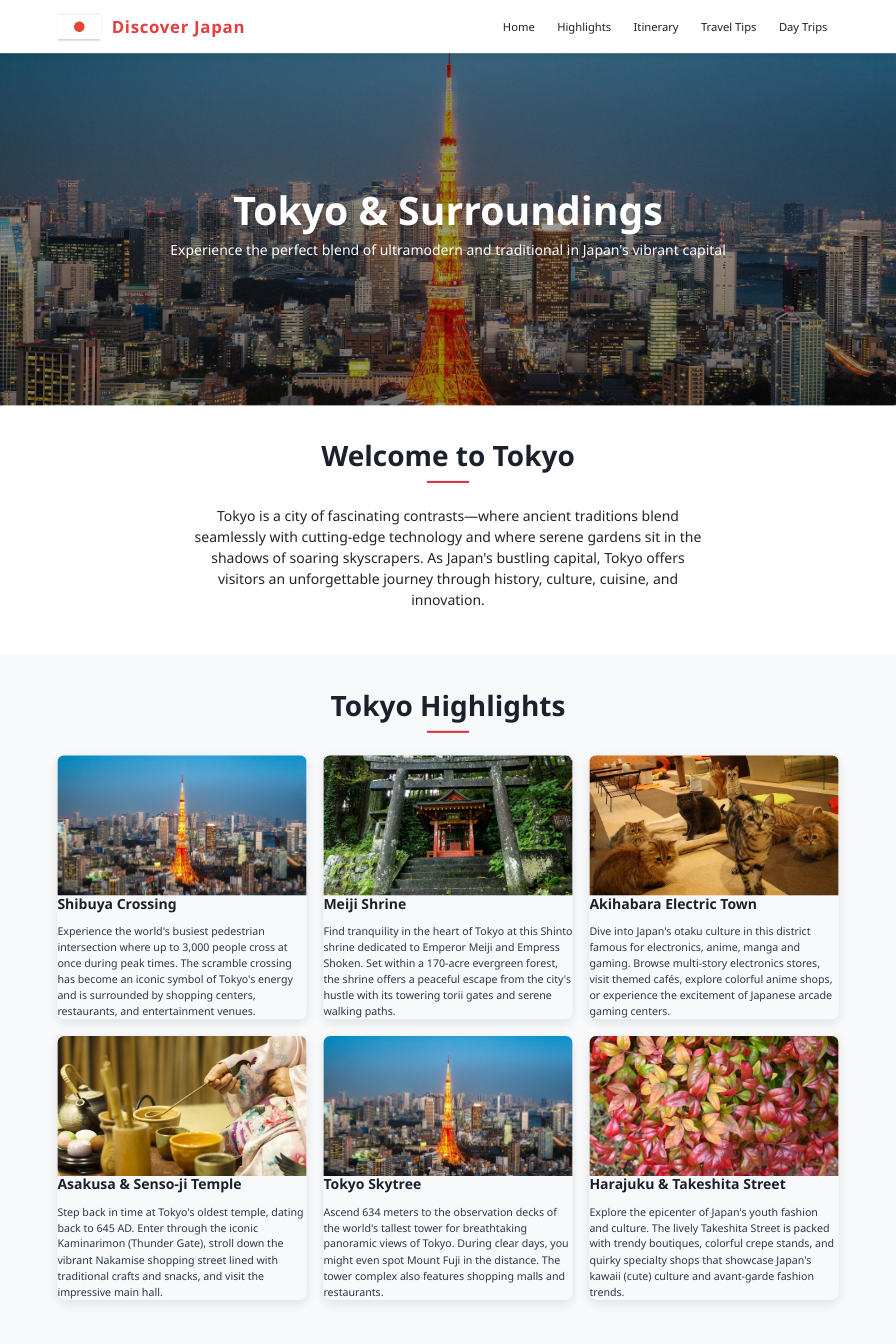
Repository: urielaracena/softwareDev
Page: project1/tokyo_and_surrounding.html
These files come from the project's save history. The page is drawn as it stood at one moment and after the next save; the edit follows.
The browser window is 1280 px wide. The pictures show the part of the page from y = 0 to 1920 px (the page is 3065 px tall before and 2096 px after), at 70% of full size.

Above is the page before, as saved 2025-04-20 06:29:49.

After the next save:
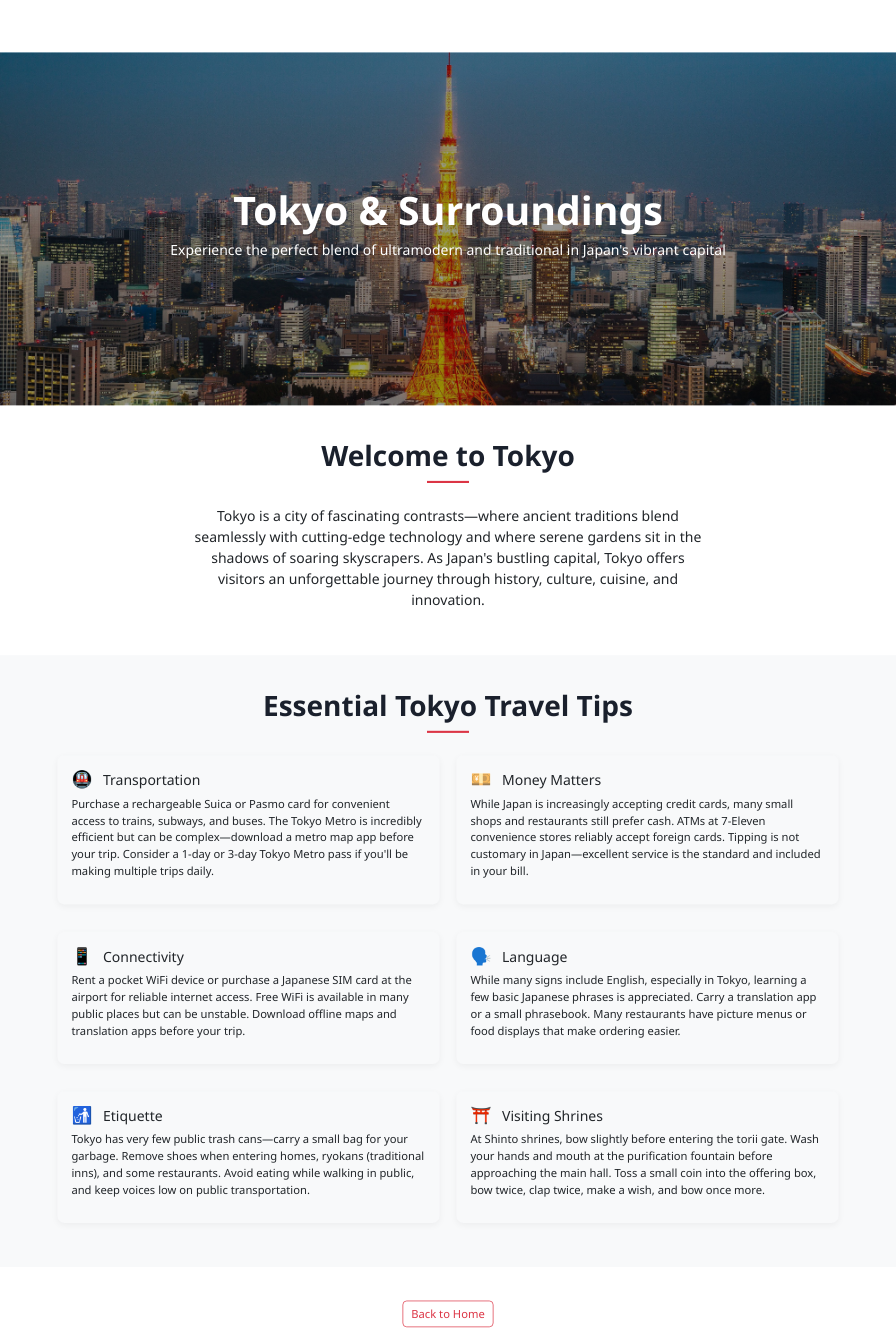
Saved 74 s later.
--- a/project1/tokyo_and_surrounding.html
+++ b/project1/tokyo_and_surrounding.html
@@ -117,38 +117,6 @@
   </style>
 </head>
 <body>
-    <!-- Navbar -->
-    <nav class="navbar fixed-top navbar-expand-lg navbar-light">
-        <div class="container">
-            <a class="navbar-brand" href="index.html">
-                <img src="images/japan-logo.jpeg" alt="Discover Japan Logo" class="d-inline-block align-text-top logo-img">
-                Discover Japan
-            </a>
-            <button class="navbar-toggler" type="button" data-bs-toggle="collapse" data-bs-target="#navbarNav" aria-controls="navbarNav" aria-expanded="false" aria-label="Toggle navigation">
-                <span class="navbar-toggler-icon"></span>
-            </button>
-            <div class="collapse navbar-collapse justify-content-end" id="navbarNav">
-                <ul class="navbar-nav">
-                    <li class="nav-item">
-                        <a class="nav-link" href="index.html">Home</a>
-                    </li>
-                    <li class="nav-item">
-                        <a class="nav-link" href="#highlights">Highlights</a>
-                    </li>
-                    <li class="nav-item">
-                        <a class="nav-link" href="#itinerary">Itinerary</a>
-                    </li>
-                    <li class="nav-item">
-                        <a class="nav-link" href="#travel-tips">Travel Tips</a>
-                    </li>
-                    <li class="nav-item">
-                        <a class="nav-link" href="#day-trips">Day Trips</a>
-                    </li>
-                </ul>
-            </div>
-        </div>
-    </nav>
-
     <!-- Hero Banner -->
     <section class="hero-banner">
         <div class="container">
@@ -168,70 +136,6 @@
             </div>
         </div>
     </section>
-
-    <!-- Tokyo Highlights -->
-    <section id="highlights" class="py-5 bg-light">
-        <div class="container">
-            <h2 class="section-title">Tokyo Highlights</h2>
-            <div class="row g-4">
-                <div class="col-md-4">
-                    <div class="highlight-card">
-                        <img src="images/tokyo-skyline.jpg" class="card-img-top" alt="Tokyo Skyline">
-                        <div class="card-body">
-                            <h5 class="card-title">Shibuya Crossing</h5>
-                            <p class="card-text">Experience the world's busiest pedestrian intersection where up to 3,000 people cross at once during peak times. The scramble crossing has become an iconic symbol of Tokyo's energy and is surrounded by shopping centers, restaurants, and entertainment venues.</p>
-                        </div>
-                    </div>
-                </div>
-                <div class="col-md-4">
-                    <div class="highlight-card">
-                        <img src="images/japanese-shrine.jpg" class="card-img-top" alt="Meiji Shrine">
-                        <div class="card-body">
-                            <h5 class="card-title">Meiji Shrine</h5>
-                            <p class="card-text">Find tranquility in the heart of Tokyo at this Shinto shrine dedicated to Emperor Meiji and Empress Shoken. Set within a 170-acre evergreen forest, the shrine offers a peaceful escape from the city's hustle with its towering torii gates and serene walking paths.</p>
-                        </div>
-                    </div>
-                </div>
-                <div class="col-md-4">
-                    <div class="highlight-card">
-                        <img src="images/animal-cafe.jpg" class="card-img-top" alt="Akihabara">
-                        <div class="card-body">
-                            <h5 class="card-title">Akihabara Electric Town</h5>
-                            <p class="card-text">Dive into Japan's otaku culture in this district famous for electronics, anime, manga and gaming. Browse multi-story electronics stores, visit themed cafés, explore colorful anime shops, or experience the excitement of Japanese arcade gaming centers.</p>
-                        </div>
-                    </div>
-                </div>
-                <div class="col-md-4">
-                    <div class="highlight-card">
-                        <img src="images/tea-ceremony.jpg" class="card-img-top" alt="Asakusa">
-                        <div class="card-body">
-                            <h5 class="card-title">Asakusa & Senso-ji Temple</h5>
-                            <p class="card-text">Step back in time at Tokyo's oldest temple, dating back to 645 AD. Enter through the iconic Kaminarimon (Thunder Gate), stroll down the vibrant Nakamise shopping street lined with traditional crafts and snacks, and visit the impressive main hall.</p>
-                        </div>
-                    </div>
-                </div>
-                <div class="col-md-4">
-                    <div class="highlight-card">
-                        <img src="images/tokyo-skyline.jpg" class="card-img-top" alt="Tokyo Skytree">
-                        <div class="card-body">
-                            <h5 class="card-title">Tokyo Skytree</h5>
-                            <p class="card-text">Ascend 634 meters to the observation decks of the world's tallest tower for breathtaking panoramic views of Tokyo. During clear days, you might even spot Mount Fuji in the distance. The tower complex also features shopping malls and restaurants.</p>
-                        </div>
-                    </div>
-                </div>
-                <div class="col-md-4">
-                    <div class="highlight-card">
-                        <img src="images/japanese-nandina.jpg" class="card-img-top" alt="Harajuku">
-                        <div class="card-body">
-                            <h5 class="card-title">Harajuku & Takeshita Street</h5>
-                            <p class="card-text">Explore the epicenter of Japan's youth fashion and culture. The lively Takeshita Street is packed with trendy boutiques, colorful crepe stands, and quirky specialty shops that showcase Japan's kawaii (cute) culture and avant-garde fashion trends.</p>
-                        </div>
-                    </div>
-                </div>
-            </div>
-        </div>
-    </section>
-
 
     <!-- Travel Tips -->
     <section id="travel-tips" class="py-5 bg-light">
